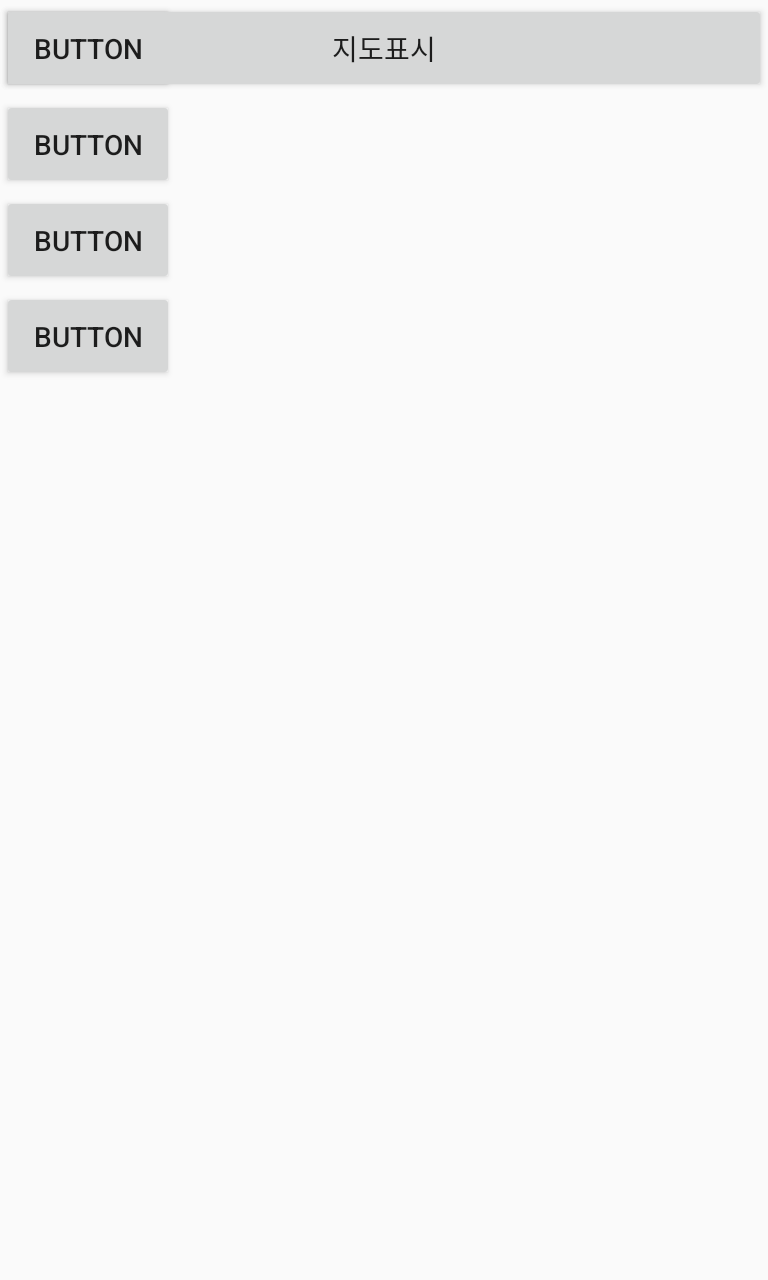
Repository: testGitHubTeam/study_Android
Layout: 62IntentDemo/res/layout/activity_main.xml
These files come from the project's save history. The layout is drawn as it stood at one moment and after the next save; the edit follows.
It is drawn on a 768 x 1280 px phone screen (xhdpi) without system bars, with theme AppTheme; the app's code is not run.

Above is the layout before, as saved 2014-04-25 07:25:06.

After the next save:
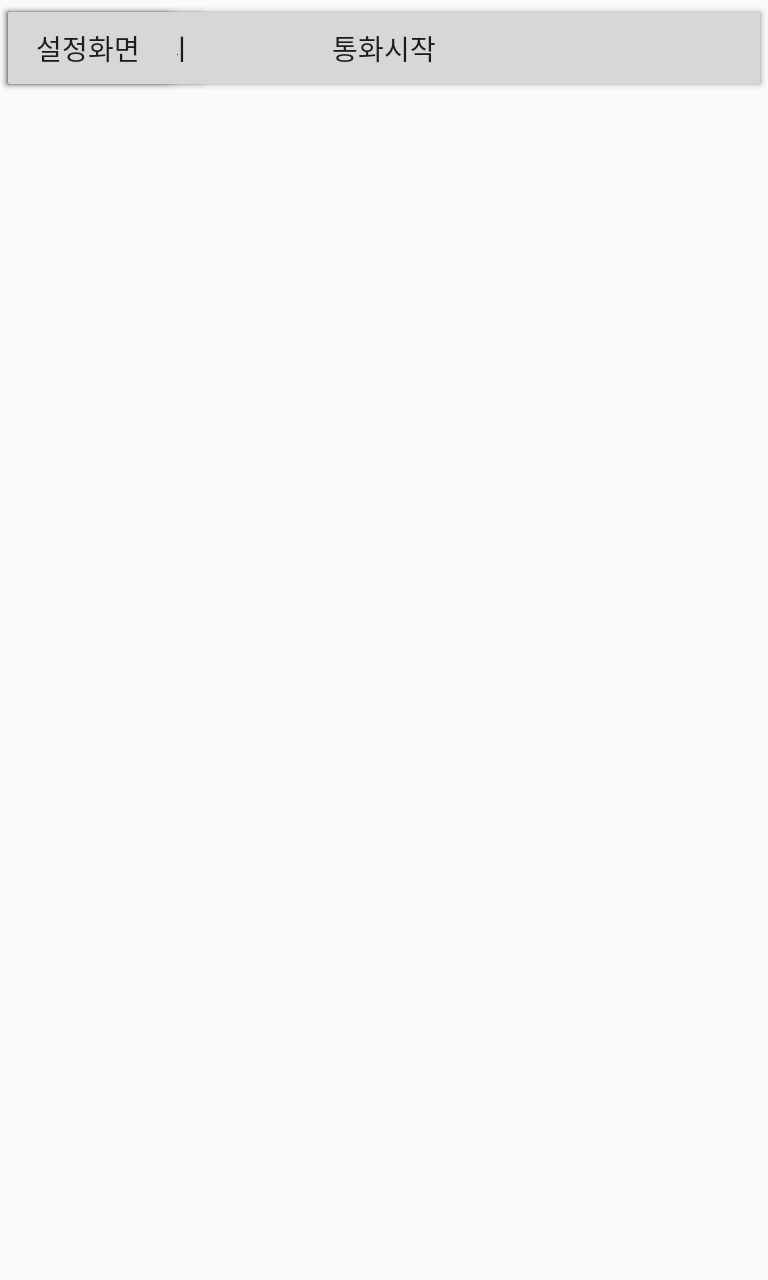
Saved 75 s later.
--- a/62IntentDemo/res/layout/activity_main.xml
+++ b/62IntentDemo/res/layout/activity_main.xml
@@ -7,36 +7,36 @@
     >
 
     <Button
-        android:id="@+id/btnMap"
+        android:id="@+id/btnWeb"
         android:layout_width="match_parent"
         android:layout_height="wrap_content"
         android:layout_alignParentLeft="true"
         android:layout_alignParentTop="true"
-        android:text="지도표시" />
+        android:text="웹 표시" />
 
     <Button
-        android:id="@+id/button2"
-        android:layout_width="wrap_content"
+        android:id="@+id/btnCall"
+        android:layout_width="match_parent"
         android:layout_height="wrap_content"
         android:layout_alignParentLeft="true"
         android:layout_below="@+id/button1"
-        android:text="Button" />
+        android:text="통화시작" />
 
     <Button
-        android:id="@+id/button3"
+        android:id="@+id/btnDial"
         android:layout_width="wrap_content"
         android:layout_height="wrap_content"
         android:layout_alignParentLeft="true"
         android:layout_below="@+id/button2"
-        android:text="Button" />
+        android:text="다이얼러 표시" />
 
     <Button
-        android:id="@+id/button4"
+        android:id="@+id/btnMessage"
         android:layout_width="wrap_content"
         android:layout_height="wrap_content"
         android:layout_alignParentLeft="true"
         android:layout_below="@+id/button3"
-        android:text="Button" />
+        android:text="메시지 표시" />
 
     <Button
         android:id="@+id/button5"
@@ -44,6 +44,6 @@
         android:layout_height="wrap_content"
         android:layout_alignParentLeft="true"
         android:layout_below="@+id/button4"
-        android:text="Button" />
+        android:text="설정화면" />
 
 </RelativeLayout>
